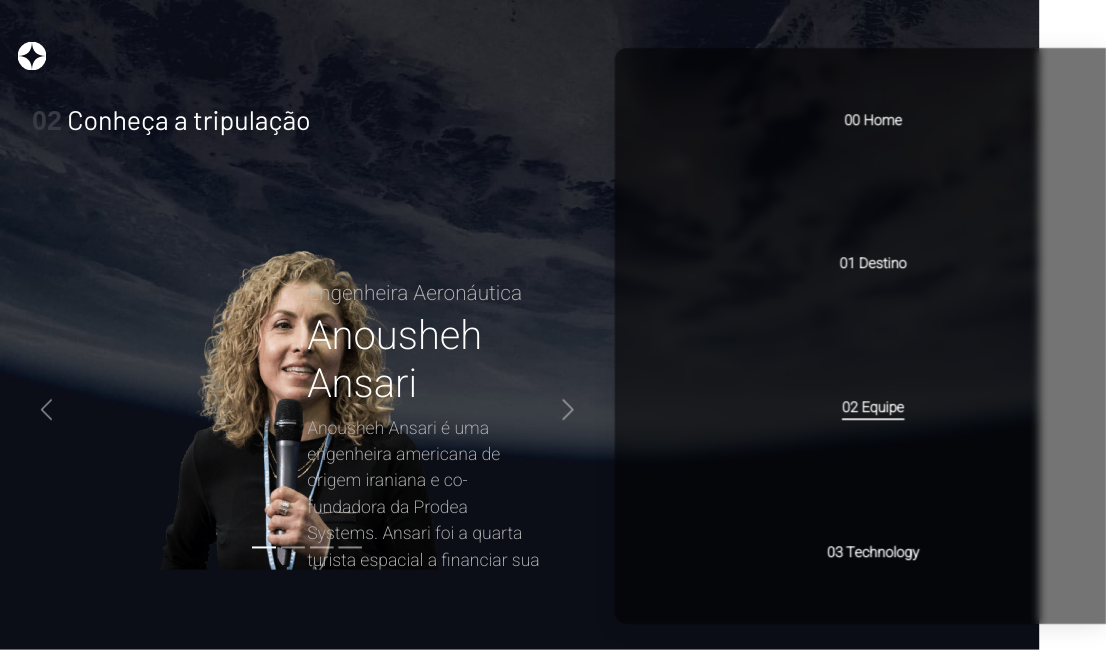
Repository: Leonngc/space-site
Page: crew-commander.html
The author's editor kept a copy of each file at every save. The page is drawn from the files as they stood at one save, then again after a run of saves.
The browser window is 768 px wide. The page is 1382 px wide, so the pictures cover 1382 px, including what lies to the right of the window. The pictures show the whole page, at 80% of full size.
Some icons come from a web library that is not loaded, so they are not drawn.

Above is the page before, as saved 2023-05-01 17:18:16.

After the next 3 saves:
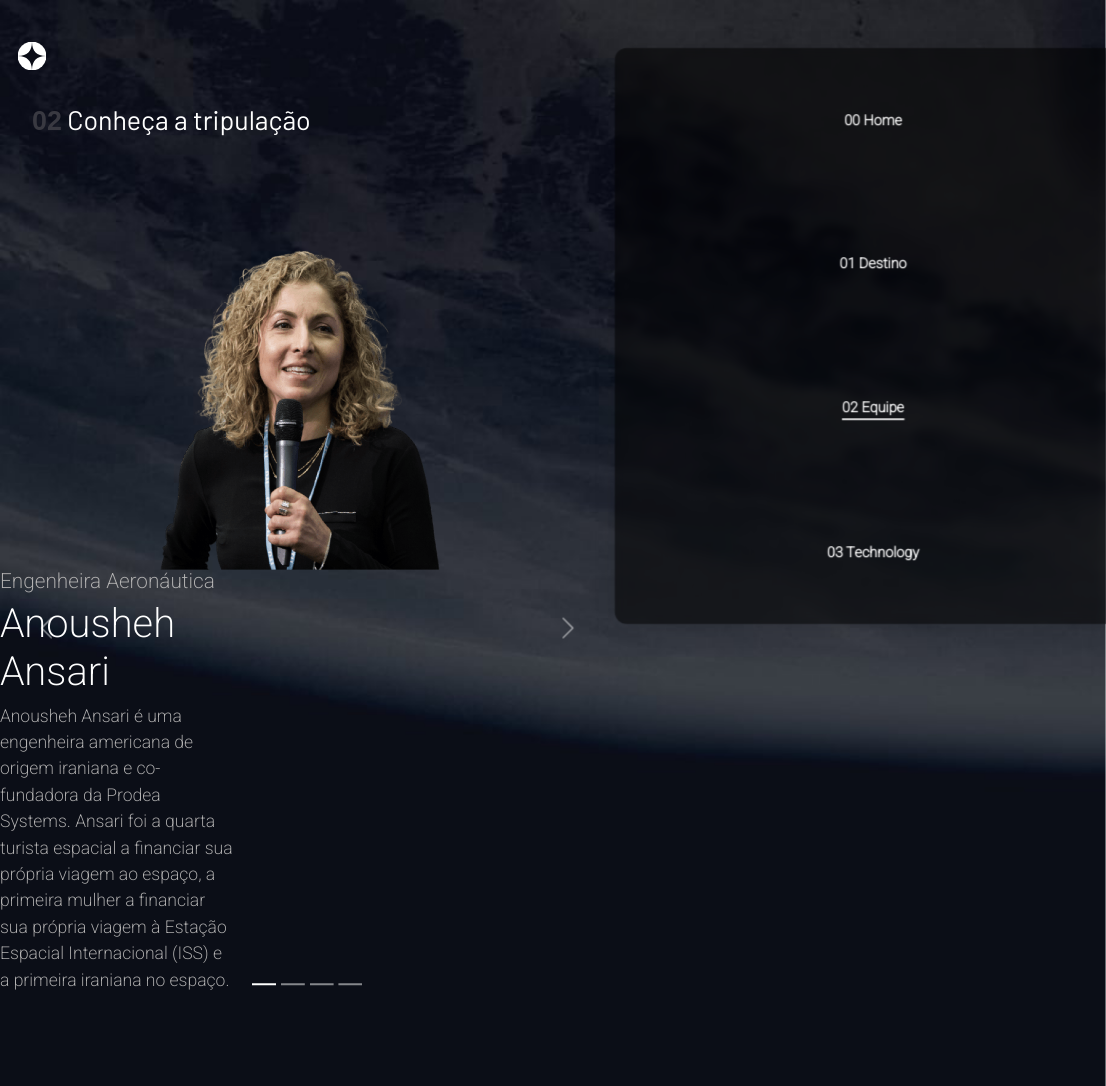
The 3 saves are shown as one change because they came seconds apart.
The last was saved 80 s later.
--- a/starter-code/styles/crew.css
+++ b/starter-code/styles/crew.css
@@ -67,5 +67,7 @@ strong{
         height: 200px;
     }
 
-
+    .text-box{
+        position: static;
+    }
 }
